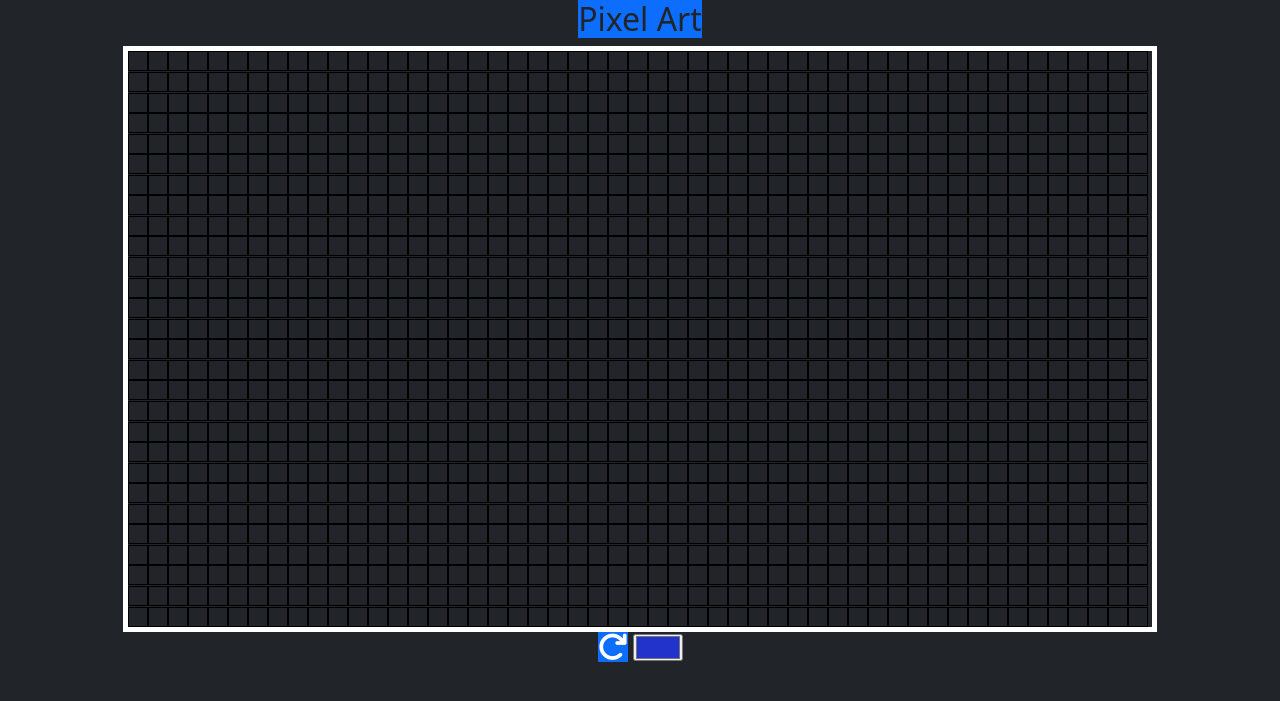
Repository: bechara611/pixelartdb
Page: /
These files come from the project's save history. The page is drawn as it stood at one moment and after the next save; the edit follows.
The browser window is 1280 px wide. The pictures show the whole page.
Some web libraries are served in a nearby version. The project was rebuilt for these pictures with package versions that can differ from the ones it lists, and the page was loaded fresh each time. Also part of the build but not shown: vite.config.js.

Above is the page before, as saved 2023-03-07 13:49:48.

### index.html
<!DOCTYPE html>
<html lang="en">
  <head>
    <meta charset="UTF-8" />
    <link rel="icon" type="image/svg+xml" href="/vite.svg" />
    <meta name="viewport" content="width=device-width, initial-scale=1.0" />
    <title>Vite + React</title>

    <link rel="stylesheet" href="https://cdnjs.cloudflare.com/ajax/libs/font-awesome/6.3.0/css/all.min.css">
  </head>
  <body>
    <div id="root"></div>
    <script type="module" src="/src/main.jsx"></script>
  </body>
</html>

### src/main.jsx
import React from 'react'
import ReactDOM from 'react-dom/client'
import App from './App'
import 'bootstrap/dist/css/bootstrap.min.css'
import 'bootstrap/dist/js/bootstrap.bundle.js'

ReactDOM.createRoot(document.getElementById('root')).render(

    <App />

)

### src/App.jsx

import { useEffect, useState } from 'react'
import './App.css'
import { SelectableGroup } from 'react-selectable-fast'
import { Pixel } from './Pixel'

const App = () => {
  const [pixels, setPixels] = useState([])
  const [isSelecting, setIsSelecting] = useState(false)
  const [startIndex, setStartIndex] = useState(null)
  const [colorActual, setcolorActual] = useState('#2233cc')

  useEffect(() => {
    let contenedor = document.getElementById('contenedor')
    let divsAloAlto = Math.floor(contenedor.offsetHeight / 20)
    let divsAlOancho = Math.floor(contenedor.offsetWidth / 20);
    //para saber cuantos divs necesita un contenedor multiplica el numero de divs a lo alto * el numero de divds a lo ancho
    setPixels(Array.from({ length: divsAloAlto * divsAlOancho }, () => { return { active: false, color: colorActual } }))

  }, [])

  const funcionArray = (index) => {
    let nuevoArray = [...pixels]
    nuevoArray[index] = { active: true, color: colorActual }
    setPixels(nuevoArray)
  }

  useEffect(() => {
    //console.log({ pixels })
  }, [pixels])

  const onMouseDown = (index) => {
    setIsSelecting(true);
    setStartIndex(index)
    // console.log('onMouseDown')
  }


  const onMouseOver2 = (index) => {
    if (isSelecting) {
      const pixelsupdated = [...pixels]
      pixelsupdated[index] = { ...pixelsupdated[index], active: true, color: colorActual }

      setPixels(pixelsupdated)

    }
    // console.log('onMouseOver')
  }
  const onMouseUp2 = (index) => {
    setIsSelecting(false)

  }
  return (
    <>
      <div className="bg-dark fondo">
        <div className="col-12 contenedor-05 ">
          <div className="contenedor-mayor header">
            <h2 className='bg-primary'>Pixel Art</h2>

          </div>
        </div>
        <div className="contenedor-mayor ">
          <div className="contorno">
            <div className="contenedor " id='contenedor'>

              {

                pixels.map((a, index) => {
                  return <Pixel key={index}
                    color={a.color}
                    active={a.active}
                    funcion={() => funcionArray(index)}
                    onMouseDown={() => { onMouseDown(index) }}
                    onMouseUp={() => { onMouseUp2(index) }}
                    onMouseOver={() => { onMouseOver2(index) }}
                  ></Pixel>
                })

              }

            </div>
          </div>
        </div>
        <div className="col-12 contenedor-06 ">
          <div className="contenedor-mayor header">
          <i className="fa-solid fa-arrow-rotate-right bg-primary icono"></i>
            <input type="color" value={colorActual}  onChange={(e) => { setcolorActual(e.target.value) }} />
          </div>
        </div>
      </div>
    </>
  )
}

export default App

### src/App.css
.fondo{
  height: 100vh;

}

.contorno{
  border: 5px solid white;
}

.contenedor-mayor{
  display: flex;
  flex-direction: row;
  justify-content: center;
  justify-self: center;
  align-items: center;

}
.contenedor-mayor2{
  width: 80vw;
  align-self: center;
  display: flex;
  flex-direction: row;
  justify-content: space-between;
}

.contenedor-05{
  display: flex;
  flex-direction: row;
  justify-content: center;
}

.pixel {
  width: 20px;
  height: 20px;
  border: 1px solid rgb(0, 0, 0);

  box-sizing: border-box;

}

.active {
background: transparent;
}

.contenedor {

  display: flex;
  flex-direction: row;
  flex-wrap: wrap;
  width: 80vw;
  height: 80vh;
  max-width: 80vw;
  max-height: 80vh;
}
.icono{
  font-size: 30px;
  color: white;
  margin-right: 5px;
}

### src/Pixel.jsx
import React, { useState } from 'react'
import './App.css'
import {selectableGroup, createSelectable} from 'react-selectable-fast'
export const Pixel = (props) => {
    const [isActive, setisActive] = useState(false)
  return (

 <div className={`pixel ${props.active ? 'active' : ''}`} style={{ background:props.active ? props.color : ''}}
 onClick={()=>{
    setisActive(!isActive)
    props.funcion();
}}
onMouseDown={()=>{props.onMouseDown()}}
onMouseUp={()=>{props.onMouseUp()}}
onTouchEnd={()=>{props.onMouseUp()}}
onMouseOver={()=>{props.onMouseOver()}}
onTouchStart={()=>{{
    props.onMouseDown()
    props.onMouseOver()}}}
 >

 </div>
  )
}

After the next save:
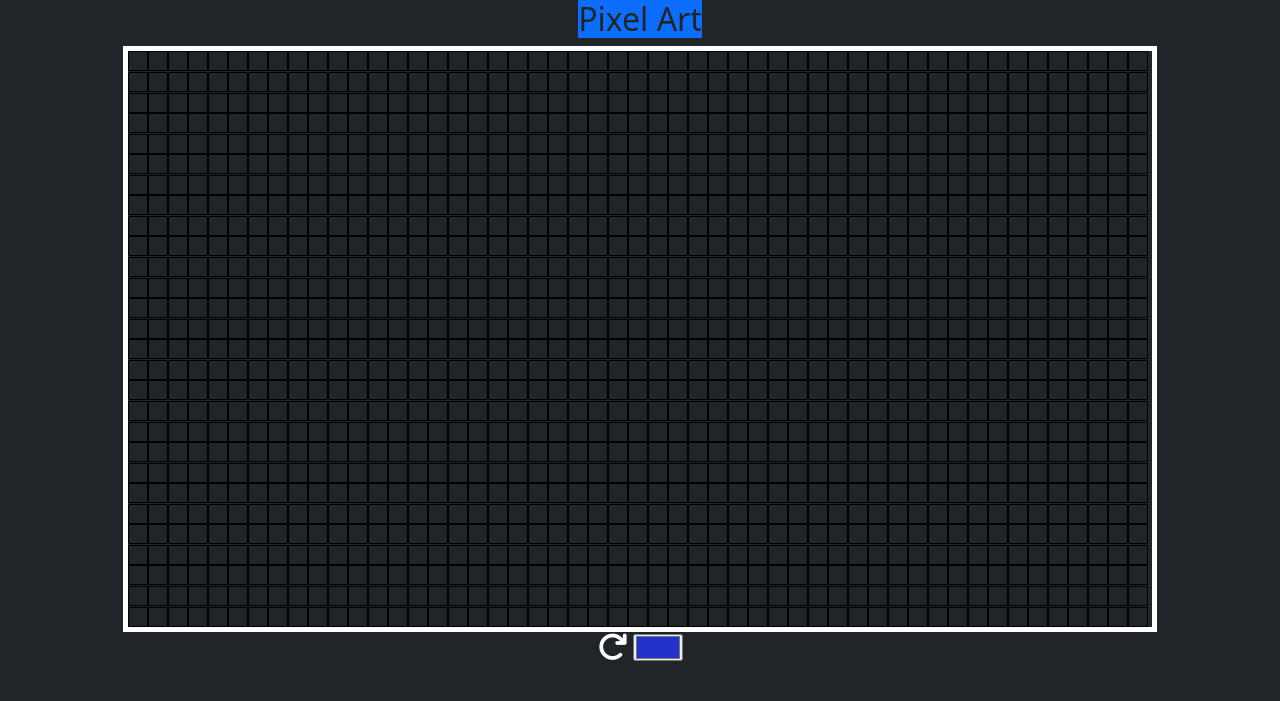
Saved 6 s later.
--- a/src/App.jsx
+++ b/src/App.jsx
@@ -83,7 +83,7 @@ const App = () => {
         </div>
         <div className="col-12 contenedor-06 ">
           <div className="contenedor-mayor header">
-          <i className="fa-solid fa-arrow-rotate-right bg-primary icono"></i>
+          <i className="fa-solid fa-arrow-rotate-right  icono"></i>
             <input type="color" value={colorActual}  onChange={(e) => { setcolorActual(e.target.value) }} />
           </div>
         </div>
